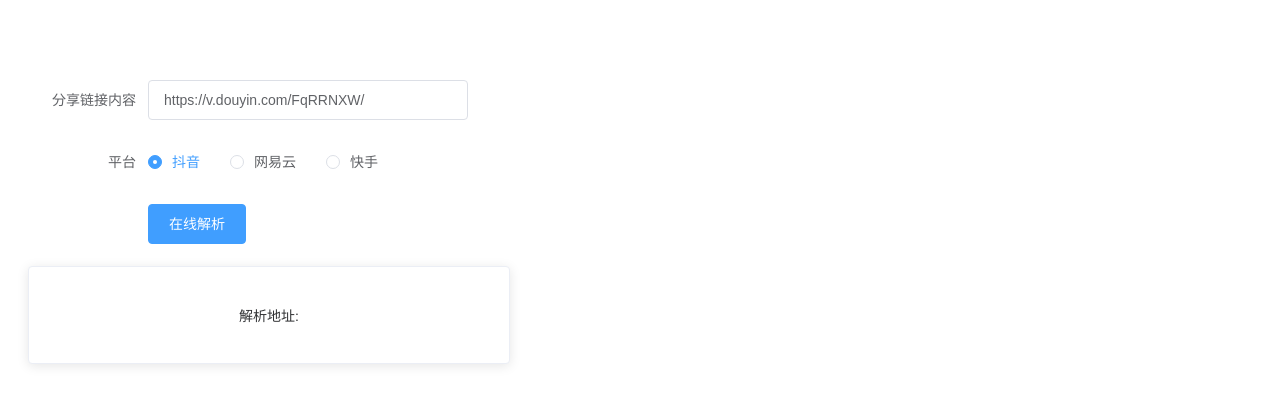
Repository: lyln/freepd
Page: / (app in frontend/freepd/)
These files come from the project's save history. The page is drawn as it stood at one moment and after the next save; the edit follows.
The browser window is 1280 px wide. The pictures show the whole page.
The project was rebuilt for these pictures with package versions that can differ from the ones it lists, and the page was loaded fresh each time.

Above is the page before, as saved 2022-05-22 22:57:48.

### frontend/freepd/index.html
<!DOCTYPE html>
<html>
  <head>
    <meta charset="utf-8">
    <meta name="viewport" content="width=device-width,initial-scale=1.0">
    <title>freepd</title>
  </head>
  <body>
    <div id="app"></div>
    <!-- built files will be auto injected -->
  </body>
</html>

### frontend/freepd/src/main.js
// The Vue build version to load with the `import` command
// (runtime-only or standalone) has been set in webpack.base.conf with an alias.
import Vue from 'vue'
import App from './App'
import router from './router'
import ElementUI from 'element-ui';
import 'element-ui/lib/theme-chalk/index.css';

Vue.config.productionTip = false
Vue.use(ElementUI)

/* eslint-disable no-new */
new Vue({
  el: '#app',
  router,
  components: { App },
  template: '<App/>'
})

### frontend/freepd/src/App.vue
<template>
	<div id="app">
		<router-view />
	</div>
</template>

<script>
export default {
	name: 'App',
}
</script>

<style>
#app {
	font-family: 'Avenir', Helvetica, Arial, sans-serif;
	-webkit-font-smoothing: antialiased;
	-moz-osx-font-smoothing: grayscale;
	text-align: center;
	color: #2c3e50;
	margin-top: 60px;
}
</style>

### frontend/freepd/src/components/HelloWorld.vue
<template>
	<el-container>
		<el-main style="wide: 80%">
			<el-row>
				<el-col :span="24">
					<div class="grid-content bg-purple-dark"></div>

					<el-form ref="form" :model="form" label-width="120px" class="fpd-form">
						<el-form-item label="分享链接内容">
							<el-input v-model="form.url"></el-input>
						</el-form-item>
						<el-form-item label="平台" label-width="120px">
							<el-radio-group v-model="form.type">
								<el-radio :label="1">抖音</el-radio>
								<el-radio :label="2">网易云</el-radio>
								<el-radio :label="3">快手</el-radio>
							</el-radio-group>
						</el-form-item>
						<el-form-item>
							<el-button type="primary" @click="onSubmit">在线解析</el-button>
						</el-form-item>
					</el-form>

					<el-card class="box-card">
						<div class="text item">
							{{'解析地址: ' + data.video.play }}
						</div>
					</el-card>
				</el-col>
			</el-row>
		</el-main>
	</el-container>

</template>
<script>
import axios from 'axios'
export default {
	name: 'HelloWorld',
	data() {
		return {
			msg: 'free parse download',
			form: {
				url: 'https://v.douyin.com/FqRRNXW/',
				type: 1,
			},
			data: {
				video: { play: '' },
			},
		}
	},
	methods: {
		onSubmit() {
			console.log('submit!')
			axios
				.post('http://127.0.0.1:8000/douyin', { url: this.form.url })
				.then((res) => {
					console.log(res.data)
					this.data = res.data
				})
				.catch((err) => {
					console.log('请求失败', err)
				})
		},
	},
}
</script>

<!-- Add "scoped" attribute to limit CSS to this component only -->
<style scoped>
h1,
h2 {
	font-weight: normal;
}
ul {
	list-style-type: none;
	padding: 0;
}
li {
	display: inline-block;
	margin: 0 10px;
}
a {
	color: #42b983;
}
.el-input {
	width: 320px;
}

.fpd-form {
	text-align: left;
}

.text {
	font-size: 14px;
}

.item {
	padding: 18px 0;
}

.box-card {
	width: 480px;
}
</style>

Loaded but not shown: frontend/freepd/src/router/index.js (common file)

After the next save:
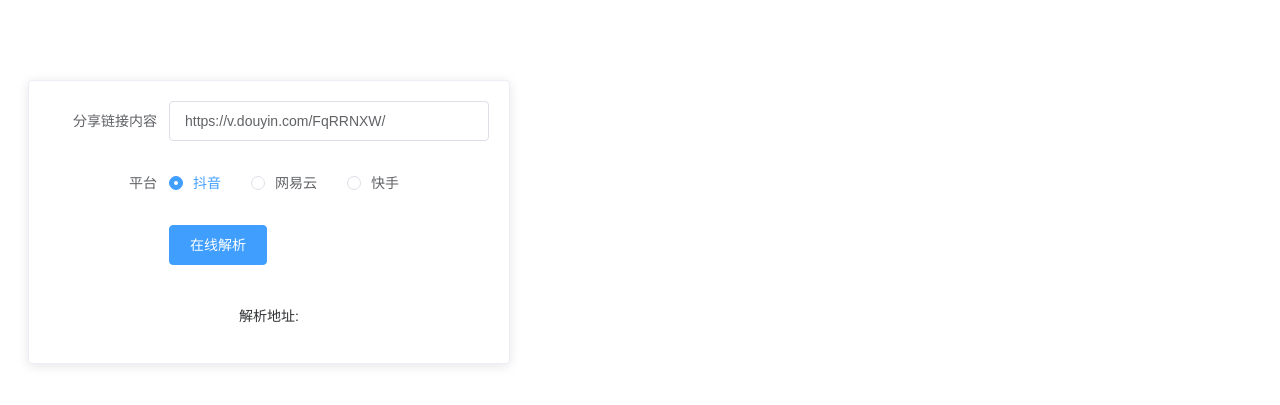
Saved 71 s later.
--- a/frontend/freepd/src/components/HelloWorld.vue
+++ b/frontend/freepd/src/components/HelloWorld.vue
@@ -4,24 +4,23 @@
 			<el-row>
 				<el-col :span="24">
 					<div class="grid-content bg-purple-dark"></div>
+					<el-card class="box-card">
+						<el-form ref="form" :model="form" label-width="120px" class="fpd-form">
+							<el-form-item label="分享链接内容">
+								<el-input v-model="form.url"></el-input>
+							</el-form-item>
+							<el-form-item label="平台" label-width="120px">
+								<el-radio-group v-model="form.type">
+									<el-radio :label="1">抖音</el-radio>
+									<el-radio :label="2">网易云</el-radio>
+									<el-radio :label="3">快手</el-radio>
+								</el-radio-group>
+							</el-form-item>
+							<el-form-item>
+								<el-button type="primary" @click="onSubmit">在线解析</el-button>
+							</el-form-item>
+						</el-form>
 
-					<el-form ref="form" :model="form" label-width="120px" class="fpd-form">
-						<el-form-item label="分享链接内容">
-							<el-input v-model="form.url"></el-input>
-						</el-form-item>
-						<el-form-item label="平台" label-width="120px">
-							<el-radio-group v-model="form.type">
-								<el-radio :label="1">抖音</el-radio>
-								<el-radio :label="2">网易云</el-radio>
-								<el-radio :label="3">快手</el-radio>
-							</el-radio-group>
-						</el-form-item>
-						<el-form-item>
-							<el-button type="primary" @click="onSubmit">在线解析</el-button>
-						</el-form-item>
-					</el-form>
-
-					<el-card class="box-card">
 						<div class="text item">
 							{{'解析地址: ' + data.video.play }}
 						</div>
